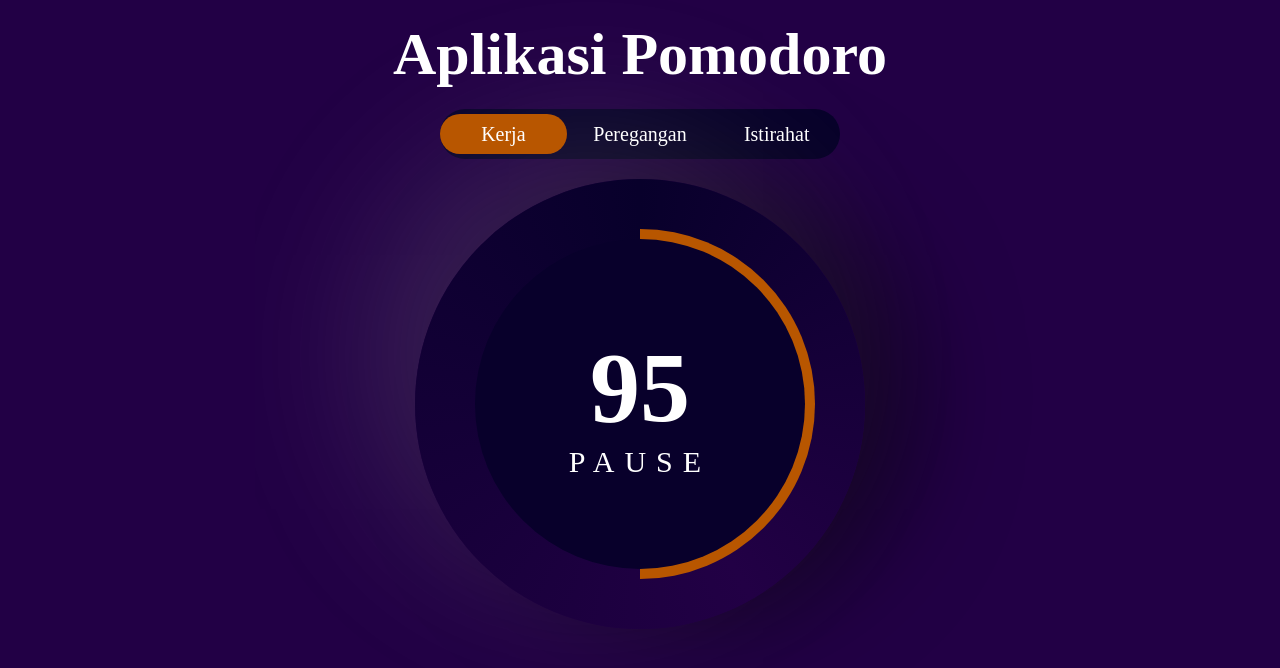
Repository: sellayspy/aplikasiPomodoro
Page: /
An editor plug-in stored every save of this project. The page is shown before and after the next save, followed by the edit.
The browser window is 1280 px wide. The pictures show the whole page.
The project was rebuilt for these pictures with package versions that can differ from the ones it lists, and the page was loaded fresh each time. Also part of the build but not shown: vite.config.js.

Above is the page before, as saved 2024-11-25 14:30:20.

After the next save:
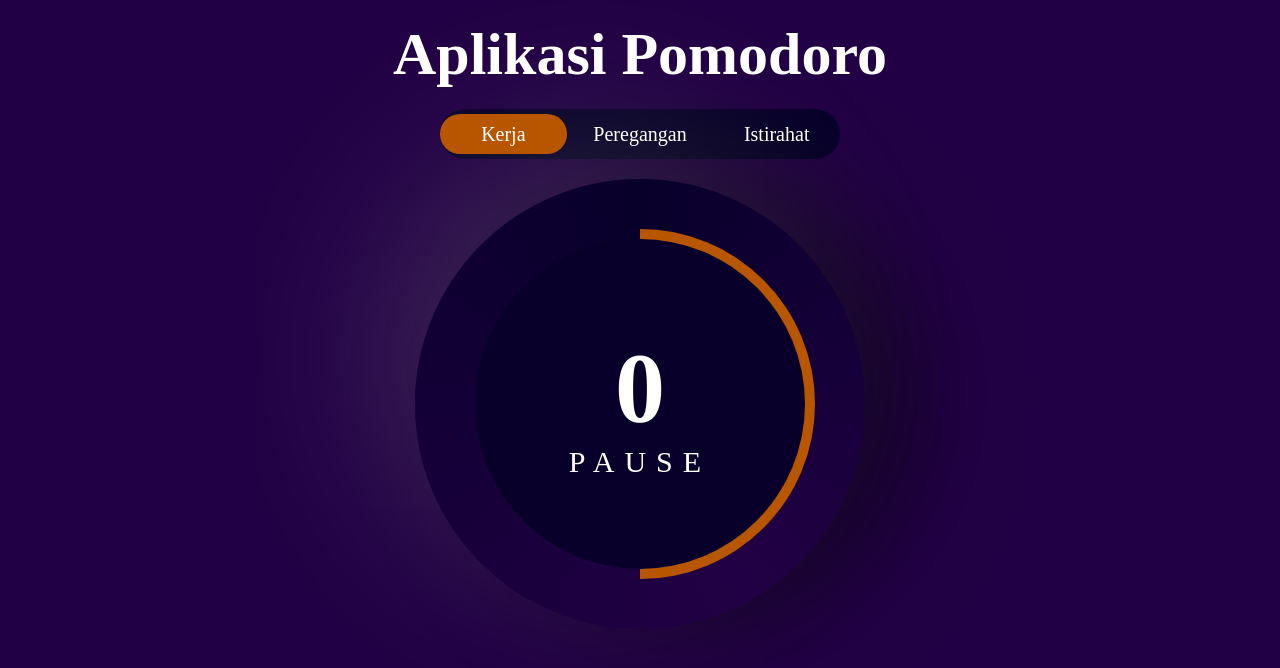
Saved 6 s later.
--- a/src/components/Waktu.jsx
+++ b/src/components/Waktu.jsx
@@ -2,7 +2,7 @@ import { useEffect, useState } from "react";
 import styled from "styled-components";
 
 const Waktu = () => {
-  const [time, setTime] = useState(100);
+  const [time, setTime] = useState(5);
   useEffect(() => {
     if (time > 0) {
       const interval = setInterval(() => {
